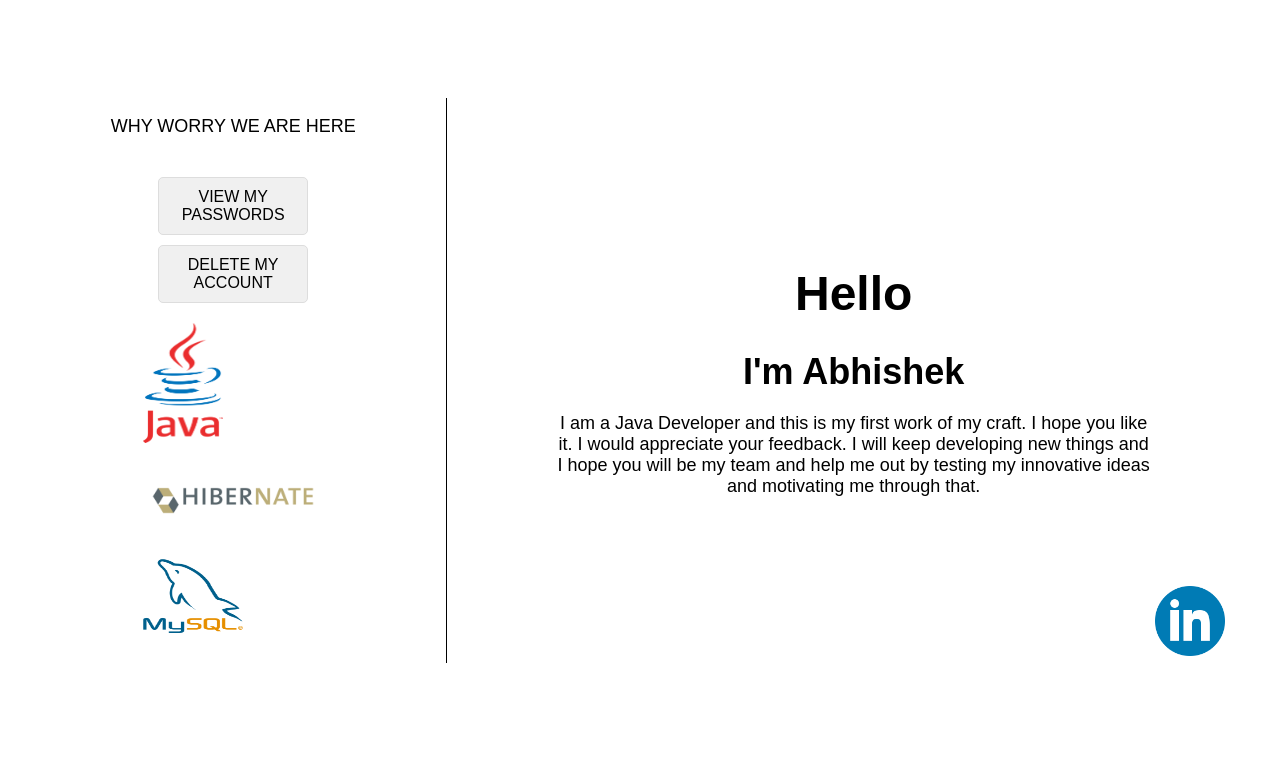
Repository: wizzy-abhishek/Projects
Page: http://localhost/Iam_Doing/Info.jsp
These files come from the project's save history. The page is drawn as it stood at one moment and after the next save; the edit follows.
The browser window is 1280 px wide. The pictures show the whole page.
The page is served by Tomcat 10. Other server files are loaded and not shown.

Above is the page before, as saved 2024-06-27 09:18:58.

### Iam_Doing/src/main/webapp/Info.jsp
<%@ page language="java" contentType="text/html; charset=UTF-8"
    pageEncoding="UTF-8"%>
<!DOCTYPE html>
<html lang="en">
<head>
    <meta charset="UTF-8">
    <meta name="viewport" content="width=device-width, initial-scale=1.0">
    <title>Abhishek's Page</title>
    <link rel="stylesheet" href="Styles.css">
</head>
<body>
    <div class="container">
        <div class="sidebar">
            <p>WHY WORRY WE ARE HERE </p>
            <form action="view_passwords" method="post">
                <button type="submit">VIEW MY PASSWORDS</button>
            </form>
            <form action="delete_account" method="post">
                <button type="submit">DELETE MY ACCOUNT</button>
            </form>
            <div class="logos">
                <img src="java_logo.png" alt="Java Logo" style = "width : 80px ; height : 120px ;">
                <img src="hibernate_logo.png" alt="Hibernate Logo" style="width: 180px; height: 75px;">
                <img src="mysql.png" alt="Mysql_Logo "style="width: 100px; height: 75px;">
            </div>
        </div>
        <div class="main">
            <h1>Hello</h1>
            <h2>I'm Abhishek</h2>
            <p>I am a Java Developer and this is my first work of my craft. I hope you like it. I would appreciate your feedback. I will keep developing 				new things and I hope you will be my team and help me out by testing my innovative ideas and motivating me through that.</p>
            <div class="footer">
                <a href="https://www.linkedin.com/in/abhishek-anand-60b529257/" target="_blank">
                    <img src="linkedin_logo.png" alt="LinkedIn Logo">
                </a>
            </div>
        </div>
    </div>
</body>
</html>

### Iam_Doing/src/main/webapp/Styles.css
body {
    font-family: Arial, sans-serif;
    margin: 0;
    padding: 0;
}

.container {
    display: flex;
    height: 100vh;
    align-items: center;
    justify-content: center;
    text-align: center;
    padding: 20px;
    position: relative;
}

.sidebar {
    flex: 1;
    padding: 20px;
    border-right: 1px solid #000;
    display: flex;
    flex-direction: column;
    align-items: center;
    justify-content: space-between;
}

.sidebar p {
    font-size: 18px;
    margin-bottom: 20px;
    position: relative;
    top: -20px;
}

.sidebar button {
    display: block;
    width: 150px;
    margin-bottom: 10px;
    padding: 10px;
    font-size: 16px;
    cursor: pointer;
    background-color: #f0f0f0;
    border: 1px solid #ddd;
    border-radius: 5px;
}

.logos {
    display: flex;
    flex-direction: column;
    align-items: flex-start;
}

.logos img {
    margin: 10px 0;
    width: 50px; /* Adjust width for other logos if needed */
    height: 50px;
}

.main {
    flex: 2;
    padding: 20px;
}

.main h1 {
    font-size: 48px;
    margin-bottom: 10px;
}

.main h2 {
    font-size: 36px;
    margin-bottom: 20px;
}

.main p {
    font-size: 18px;
    margin-bottom: 30px;
    max-width: 600px;
    margin-left: auto;
    margin-right: auto;
}

.footer {
    position: absolute;
    bottom: 100px;
    right: 50px;
    display: flex; /* Added to style Linked In content */
    align-items: center; /* Added to style Linked In content */
}

.footer img {
    width: 70px;
    height: 70px;
    cursor: pointer;
    margin-right: 5px;  /* Added spacing between logo and link text */
}

.footer a {
    color: #007bff;
    text-decoration: none;
}

.footer a:hover {
    text-decoration: underline;
}

After the next save:
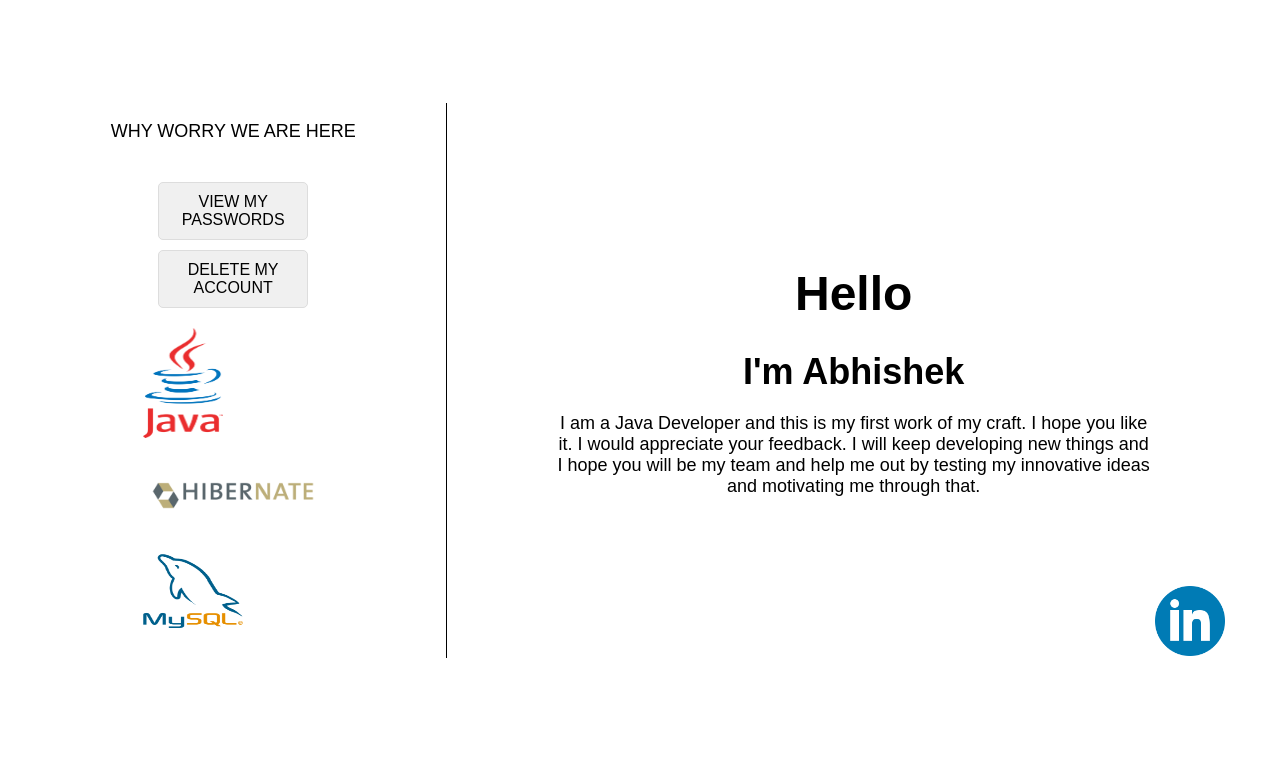
Saved 23 s later.
--- a/Iam_Doing/src/main/webapp/Info.jsp
+++ b/Iam_Doing/src/main/webapp/Info.jsp
@@ -19,7 +19,7 @@
                 <button type="submit">DELETE MY ACCOUNT</button>
             </form>
             <div class="logos">
-                <img src="java_logo.png" alt="Java Logo" style = "width : 80px ; height : 120px ;">
+                <img src="java_logo.png" alt="Java Logo" style = "width : 80px ; height : 110px ;">
                 <img src="hibernate_logo.png" alt="Hibernate Logo" style="width: 180px; height: 75px;">
                 <img src="mysql.png" alt="Mysql_Logo "style="width: 100px; height: 75px;">
             </div>
